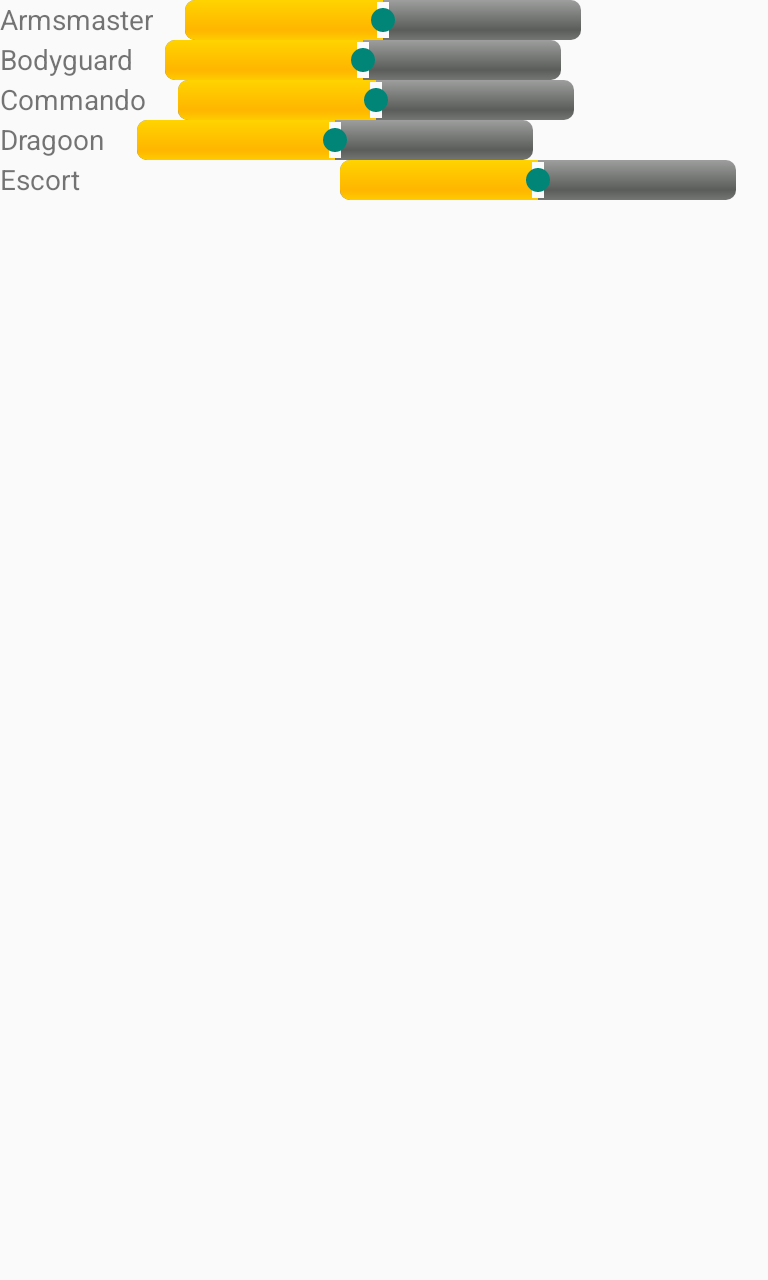
Repository: bryanpope/TARR
Layout: workspace/helloworld/res/layout/activity_hello_world.xml
These files come from the project's save history. The layout is drawn as it stood at one moment and after the next save; the edit follows.
It is drawn on a 768 x 1280 px phone screen (xhdpi) without system bars, with theme AppTheme; the app's code is not run.

Above is the layout before, as saved 2014-06-01 20:24:05.

### workspace/helloworld/res/layout/activity_hello_world.xml
<LinearLayout xmlns:android="http://schemas.android.com/apk/res/android"
              android:layout_width="fill_parent"
              android:layout_height="fill_parent"
              android:orientation="vertical" >

	<LinearLayout
	    android:layout_width="fill_parent"
	    android:layout_height="wrap_content"
	    android:orientation="horizontal" >

	    <TextView android:id="@+id/textAttackArmsmaster"
              android:layout_width="wrap_content"
              android:layout_height="wrap_content"
              android:text="Armsmaster" />
	    <SeekBar
	        android:id="@+id/seekBarAttackArmsmaster"
	        style="@android:style/Widget.ProgressBar.Horizontal"
	        android:layout_width="230dp"
	        android:layout_height="wrap_content"
	        android:max="50"
	        android:progress="25"
	        android:secondaryProgress="0" />
    </LinearLayout>
	<LinearLayout
              android:layout_width="fill_parent"
              android:layout_height="wrap_content"
              android:orientation="horizontal" >

    	<TextView android:id="@+id/textAttackBodyguard"
              android:layout_width="wrap_content"
              android:layout_height="wrap_content"
              android:text="Bodyguard" />
	    <SeekBar
	        android:id="@+id/seekBarAttackBodyguard"
	        style="@android:style/Widget.ProgressBar.Horizontal"
	        android:layout_width="230dp"
	        android:layout_height="wrap_content"
	        android:max="50"
	        android:progress="25"
	        android:secondaryProgress="0" />
    </LinearLayout>
	<LinearLayout
              android:layout_width="fill_parent"
              android:layout_height="wrap_content"
              android:orientation="horizontal" >

    <TextView android:id="@+id/textAttackCommando"
              android:layout_width="wrap_content"
              android:layout_height="wrap_content"
              android:text="Commando" />
	    <SeekBar
	        android:id="@+id/seekBarAttackCommando"
	        style="@android:style/Widget.ProgressBar.Horizontal"
	        android:layout_width="230dp"
	        android:layout_height="wrap_content"
	        android:max="50"
	        android:progress="25"
	        android:secondaryProgress="0" />
    </LinearLayout>
	<LinearLayout
              android:layout_width="fill_parent"
              android:layout_height="wrap_content"
              android:orientation="horizontal" >

    <TextView android:id="@+id/textAttackDragoon"
              android:layout_width="wrap_content"
              android:layout_height="wrap_content"
              android:text="Dragoon" />
	    <SeekBar
	        android:id="@+id/seekBarAttackDragoon"
	        style="@android:style/Widget.ProgressBar.Horizontal"
	        android:layout_width="230dp"
	        android:layout_height="wrap_content"
	        android:max="50"
	        android:progress="25"
	        android:secondaryProgress="0" />
    </LinearLayout>

	<LinearLayout
	    android:layout_width="fill_parent"
	    android:layout_height="wrap_content"
	    android:orientation="horizontal" >

	    <TextView
	        android:id="@+id/textAttackEscort"
	        android:layout_width="wrap_content"
	        android:layout_height="wrap_content"
	        android:layout_weight="0.90"
	        android:text="Escort" />

	    <SeekBar
	        android:id="@+id/seekBarAttackEscort"
	        style="@android:style/Widget.ProgressBar.Horizontal"
	        android:layout_width="230dp"
	        android:layout_height="wrap_content"
	        android:max="50"
	        android:progress="25"
	        android:secondaryProgress="0" />
	</LinearLayout>

</LinearLayout>

Loaded but not shown: workspace/helloworld/res/values/styles.xml (common file); workspace/helloworld/res/values-v11/styles.xml (common file); workspace/helloworld/res/values-v14/styles.xml (common file)

After the next save:
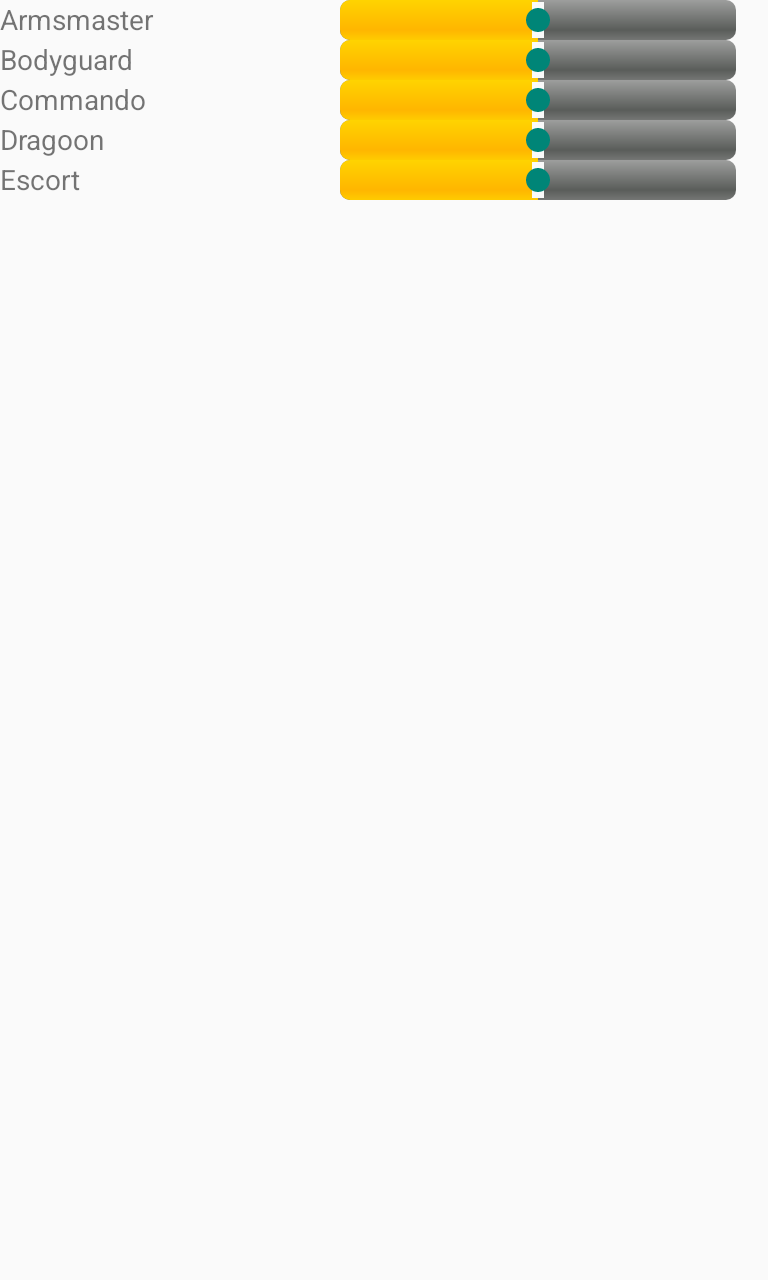
Saved 44 s later.
--- a/workspace/helloworld/res/layout/activity_hello_world.xml
+++ b/workspace/helloworld/res/layout/activity_hello_world.xml
@@ -11,6 +11,7 @@
 	    <TextView android:id="@+id/textAttackArmsmaster"
               android:layout_width="wrap_content"
               android:layout_height="wrap_content"
+		      android:layout_weight="0.90"
               android:text="Armsmaster" />
 	    <SeekBar
 	        android:id="@+id/seekBarAttackArmsmaster"
@@ -29,6 +30,7 @@
     	<TextView android:id="@+id/textAttackBodyguard"
               android:layout_width="wrap_content"
               android:layout_height="wrap_content"
+		      android:layout_weight="0.90"
               android:text="Bodyguard" />
 	    <SeekBar
 	        android:id="@+id/seekBarAttackBodyguard"
@@ -47,6 +49,7 @@
     <TextView android:id="@+id/textAttackCommando"
               android:layout_width="wrap_content"
               android:layout_height="wrap_content"
+		      android:layout_weight="0.90"
               android:text="Commando" />
 	    <SeekBar
 	        android:id="@+id/seekBarAttackCommando"
@@ -65,6 +68,7 @@
     <TextView android:id="@+id/textAttackDragoon"
               android:layout_width="wrap_content"
               android:layout_height="wrap_content"
+		      android:layout_weight="0.90"
               android:text="Dragoon" />
 	    <SeekBar
 	        android:id="@+id/seekBarAttackDragoon"
